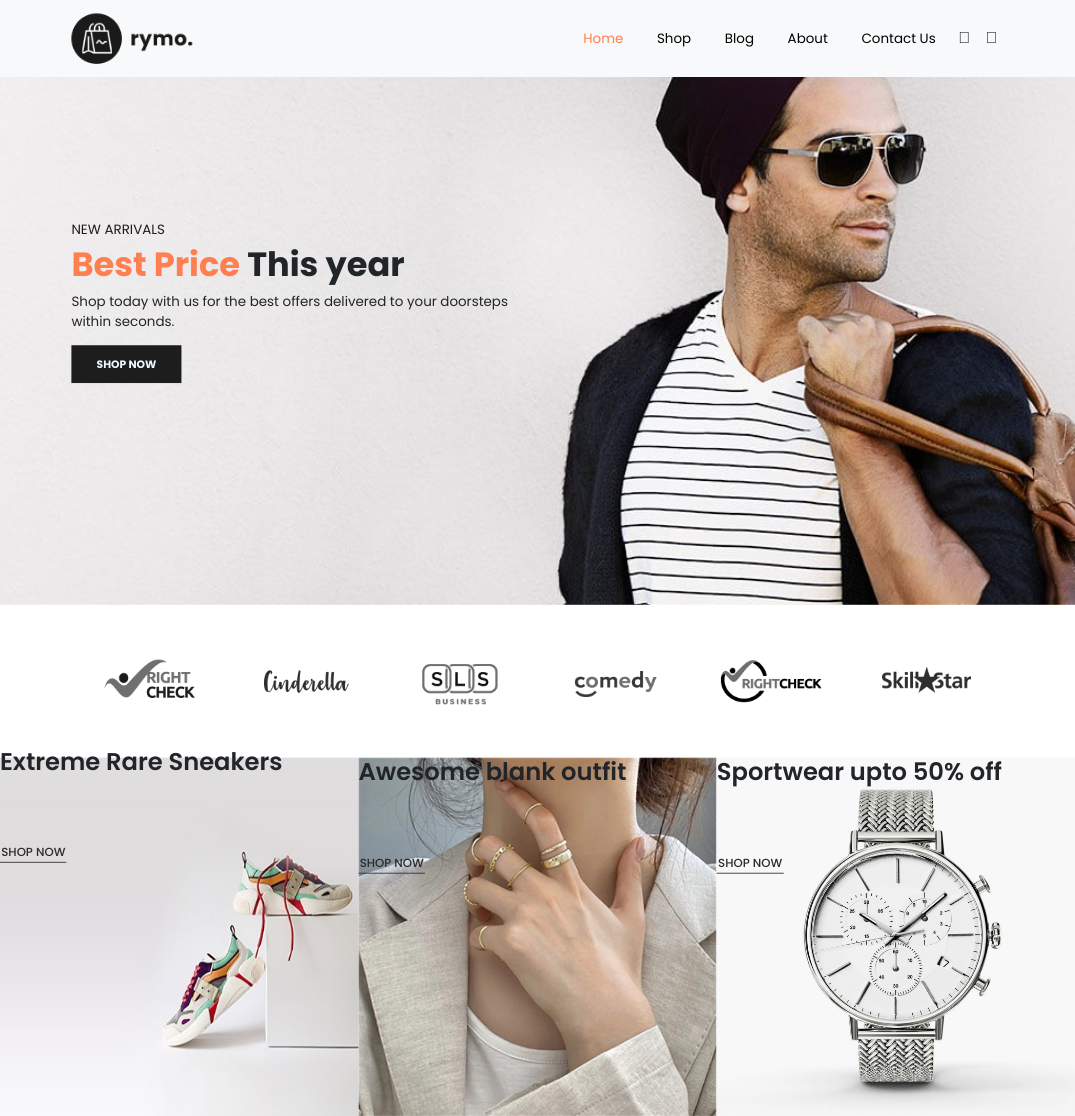
Repository: peter417waweru/e-commerce-UI
Page: index.html
The author's editor kept a copy of each file at every save. The page is drawn from the files as they stood at one save, then again after the next save.
The browser window is 1280 px wide. The pictures show the whole page, at 84% of full size.
Some web libraries are served in a nearby version.

Above is the page before, as saved 2025-02-07 22:35:26.

### index.html
<!DOCTYPE html>
<html lang="en">

    <head>
        <meta charset="UTF-8">
        <meta http-equiv="X-UA-Compatible" content="IE=edge">
        <meta name="viewport" content="width=device-width, initial-scale=1.0">
        <title>Ecommerce Website1</title>

        <link rel="stylesheet" href="https://cdn.jsdelivr.net/npm/bootstrap@4.1.3/dist/css/bootstrap.min.css"
         integrity="sha384-MCw98/SFnGE8fJT3GXwEOngsV7Zt27NXFoaoApmYm81iuXoPkFOJwJ8ERdknLPMO" crossorigin="anonymous">

        <link rel="stylesheet" href="https://pro.fontawesome.com/releases/v5.10.0/css/all.css" />

        <link rel="stylesheet" href="./style.css">
    </head>

    <body>

        <nav class="navbar navbar-expand-lg navbar-light bg-light py-3 fixed-top">
            <div class="container">
              <img src="img/logo1.png" alt="">
              <button class="navbar-toggler" type="button" data-bs-toggle="collapse" data-bs-target="#navbarSupportedContent" aria-controls="navbarSupportedContent" aria-expanded="false" aria-label="Toggle navigation">
                <span><i id="bar" class="fas fa-bars"></i></span>
              </button>
              <div class="collapse navbar-collapse" id="navbarSupportedContent">
                <ul class="navbar-nav ml-auto">
                  <li class="nav-item">
                    <a class="nav-link active" aria-current="page" href="#">Home</a>
                  </li>
                  <li class="nav-item">
                    <a class="nav-link" aria-current="page" href="#">Shop</a>
                  </li>
                  <li class="nav-item">
                    <a class="nav-link" aria-current="page" href="#">Blog</a>
                  </li>
                  <li class="nav-item">
                    <a class="nav-link" aria-current="page" href="#">About</a>
                  </li>
                  <li class="nav-item">
                    <a class="nav-link" aria-current="page" href="#">Contact Us</a>
                  </li>
                  <li class="nav-item">
                    <i class="fal fa-search"></i>
                    <i class="fal fa-shopping-bag"></i>
                  </li>


                </ul>

              </div>
            </div>
        </nav>


        <section id="home">
          <div class="container">
            <h5>NEW ARRIVALS</h5>
            <h1><span>Best Price</span> This year</h1>
            <p>Shop today with us for the best offers delivered to your doorsteps <br>
               within seconds.
            </p>
            <button>Shop Now</button>
          </div>
        </section>

        <section id="brand" class="container">
          <div class="row m-0 py-5">
            <img class="img-fluid col-lg-2 col-md-4 col-sm-6" src="img/brand/1.png" alt="">
            <img class="img-fluid col-lg-2 col-md-4 col-sm-6" src="img/brand/2.png" alt="">
            <img class="img-fluid col-lg-2 col-md-4 col-sm-6" src="img/brand/3.png" alt="">
            <img class="img-fluid col-lg-2 col-md-4 col-sm-6" src="img/brand/4.png" alt="">
            <img class="img-fluid col-lg-2 col-md-4 col-sm-6" src="img/brand/5.png" alt="">
            <img class="img-fluid col-lg-2 col-md-4 col-sm-6" src="img/brand/6.png" alt="">
          </div>
        </section>

        <section id="new" class="w-100">
          <div class="row p-0 m-0">
            <div class="one col-lg-4 col-md-12 col-sm-12 p-0">
              <img class="img-fluid" src="img/new/1.jpg" alt="">
              <div class="details">
                <h2>Extreme Rare Sneakers</h2>
                <button class="text-uppercase">shop now</button>
              </div>
            </div>
            <div class="one col-lg-4 col-md-12 col-sm-12 p-0">
              <img class="img-fluid" src="img/new/5.jpg" alt="">
              <div class="details">
                <h2>Awesome blank outfit</h2>
                <button class="text-uppercase">shop now</button>
              </div>
            </div>
            <div class="one col-lg-4 col-md-12 col-sm-12 p-0">
              <img class="img-fluid" src="img/new/3.jpg" alt="">
              <div class="details">
                <h2>Sportwear upto 50% off</h2>
                <button class="text-uppercase">shop now</button>
              </div>
            </div>
          </div>
        </section>


        <script src="https://cdn.jsdelivr.net/npm/@popperjs/core@2.9.1/dist/umd/popper.min.js"
            integrity="sha384-SR1sx49pcuLnqZUnnPwx6FCym0wLsk5JZuNx2bPPENzswTNFaQU1RDvt3wT4gWFG"
            crossorigin="anonymous"></script>
        <script src="https://cdn.jsdelivr.net/npm/bootstrap@5.0.0-beta3/dist/js/bootstrap.min.js"
            integrity="sha384-j0CNLUeiqtyaRmlzUHCPZ+Gy5fQu0dQ6eZ/xAww941Ai1SxSY+0EQqNXNE6DZiVc"
            crossorigin="anonymous"></script>
    </body>

</html>

### style.css
@import url("https://fonts.googleapis.com/css2?family=Poppins:wght@100;200;300;400;500;600;700;800;900&display=swap");
* {
  margin: 0;
  padding: 0;
  box-sizing: border-box;
}

body {
  font-family: "Poppins", sans-serif;
}

h1 {
  font-size: 2.5rem;
  font-weight: 700;
}

h2 {
  font-size: 1.8rem;
  font-weight: 600;
}

h3 {
  font-size: 1.4rem;
  font-weight: 800;
}

h4 {
  font-size: 1.1rem;
  font-weight: 600;
}

h5 {
  font-size: 1rem;
  font-weight: 400;
  color: #1d1d1d;
}

h6 {
  color: #d8d8d8;
}

button {
  font-size: 0.8rem;
  font-weight: 700;
  outline: none;
  border: none;
  background-color: #1d1d1d;
  color: aliceblue;
  padding: 13px 30px;
  cursor: pointer;
  text-transform: uppercase;
  transition: 0.3s ease;
}

button:hover {
  background-color: #3a3833;
}

hr {
  width: 30px;
  height: 2px;

}

.navbar {
  font-size: 16px;
  background-color: #d8d8d8;
  top: 0;
  left: 0;
}

.navbar-light .navbar-nav .nav-link{
  padding: 0 20px;
  color: black;
  transition: 0.3s ease;
}

.navbar-light .navbar-nav .nav-link:hover,
.navbar i:hover,
.navbar-light .navbar-nav .nav-link.active,
.navbar i.active
{
  color: coral;
}



.navbar i{
  font-size: 1.2rem;
  padding: 0 7px;
  cursor: pointer;
  transition: 0.3s ease;
}

/* Mobile Nav*/


.navbar-light .navbar-toggler{
  border: none;
  outline: none;
}

#bar {
  font-size: 1.5rem;
  padding: 7px;
  cursor: pointer;
  font-weight: 500;
  color: black;
  transition: 0.3s ease;
}

#bar:hover,
#bar.active{
  color: #fff;
}

@media only screen and (max-width: 990px) {

  body > nav > div > button:hover ,
  body > nav > div > button:focus {
    background-color: #fb774b;
  }

  body > nav > div > button:hover #bar,
  body > nav > div > button:focus #bar {
    background-color: #fb774b;
  }

  #navbarSupportedContent > ul {
    margin: 1rem;
    justify-content: flex-end;
    align-items: flex-end;
    text-align: right;
  }

  #navbarSupportedContent > ul > li:nth-child(n) > a {
    padding: 10px 0;
  }
}


#home {
  background-image: url("img/back.jpg");
  width: 100%;
  height: 100vh;
  background-size: cover;
  background-position: top 70px center;
  display: flex;
  flex-direction: column;
  align-items: flex-start;
  justify-content: center;

}

#home span{
  color: coral;
}

#new .row .one img{
  width: 100%;
  height: 100%;
  background-position: center center;
  background-repeat: no-repeat;
  background-size: cover;
  position: relative;
}


#new .row .one .details{
  position: absolute;
  width: 100%;
  height: 10%;
  top: 0;
  left: 0;
  transition: 0.3s ease;
}

#new .row .one:hover .details{
  cursor: pointer;
  background-color: rgba(255, 178, 178, 0.8);
}

#new .row .one .details button{
 display: inline-block;
 font-size: 14px;
 font-weight: 500;
 color: #2a2a2a;
 background: none;
 text-transform: uppercase;
 border-bottom: 1px solid #2a2a2a;
 padding: 1.5px;
 transform: translateY(70px);
 transition: 0.3s ease;
}

#new .row .one .details button:hover{
  cursor: pointer;
  color: #fff;
  border-bottom: 1px solid #fff;
}

#new .row .one:nth-child(1) .details{
  display: flex;
  justify-content: center;
  flex-direction: column;
  align-items: flex-start;
  text-align: start;
}

After the next save:
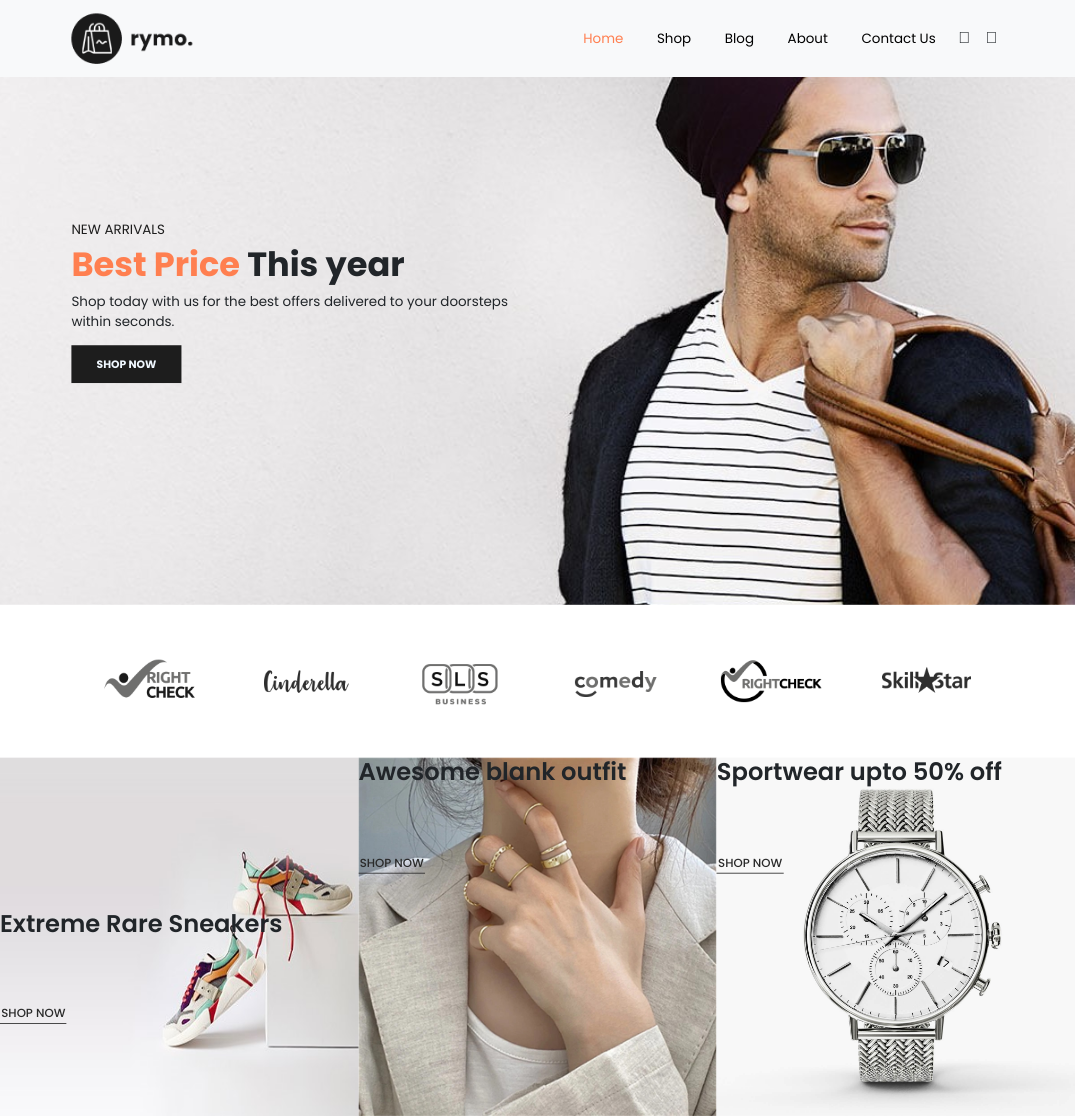
Saved 101 s later.
--- a/style.css
+++ b/style.css
@@ -169,7 +169,7 @@ hr {
 #new .row .one .details{
   position: absolute;
   width: 100%;
-  height: 10%;
+  height: 100%;
   top: 0;
   left: 0;
   transition: 0.3s ease;
